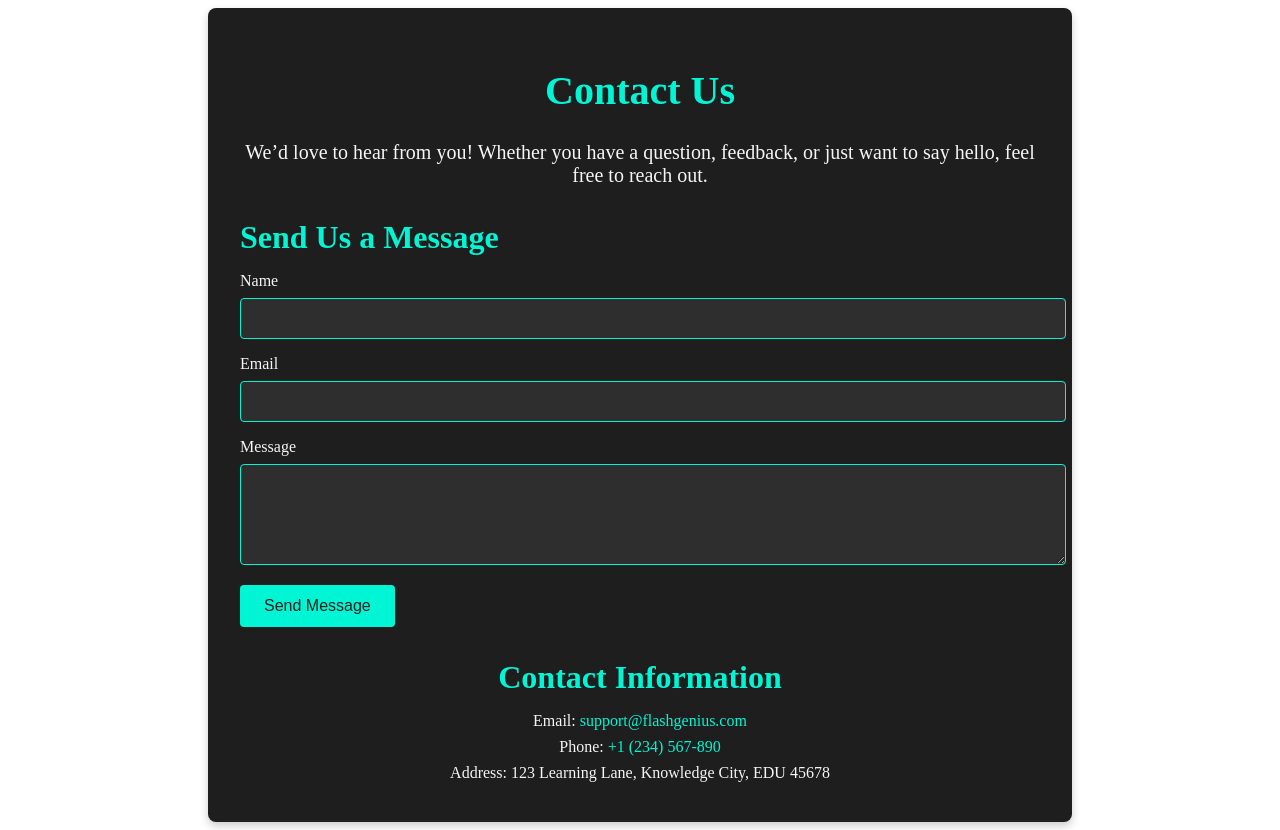
Repository: ST10356476/aiflashcards
Page: /Contact
These files come from the project's save history. The page is drawn as it stood at one moment and after the next save; the edit follows.
The browser window is 1280 px wide. The pictures show the whole page.
The page's requests for data from a server got no answer. The project was rebuilt for these pictures with package versions that can differ from the ones it lists, and the page was loaded fresh each time. Some packages were replaced by stand-ins written for this rebuild. The framework's server and built-in components were replaced by stand-ins that run in the browser. No one was signed in, and anything a server would have sent is missing. Also part of the build but not shown: next.config.mjs.

Above is the page before, as saved 2024-08-18 03:38:01.

### pages/_app.js
// pages/_app.tsx
import { ClerkProvider } from '@clerk/nextjs';
import { useRouter } from 'next/router';

function MyApp({ Component, pageProps }) {
  const router = useRouter();
  const clerkFrontendApi = process.env.NEXT_PUBLIC_CLERK_FRONTEND_API;

  return (
    <ClerkProvider
      frontendApi={clerkFrontendApi}
      navigate={(to) => router.push(to)}
    >
      <Component {...pageProps} />
    </ClerkProvider>
  );
}

export default MyApp;

### pages/Contact.tsx
import React from 'react';
import styles from '../styles/Contact.module.css'; // Ensure this path is correct

const Contact = () => {
  return (
    <div className={styles.container}>
      <h1 className={styles.title}>Contact Us</h1>
      <p className={styles.description}>
        We’d love to hear from you! Whether you have a question, feedback, or just want to say hello, feel free to reach out.
      </p>

      <div className={styles.contactForm}>
        <h2 className={styles.subtitle}>Send Us a Message</h2>
        <form
          action="https://formspree.io/f/your-form-id" // Replace with your Formspree or form handling URL
          method="POST"
        >
          <div className={styles.formGroup}>
            <label htmlFor="name" className={styles.label}>Name</label>
            <input type="text" id="name" name="name" className={styles.input} required />
          </div>
          <div className={styles.formGroup}>
            <label htmlFor="email" className={styles.label}>Email</label>
            <input type="email" id="email" name="email" className={styles.input} required />
          </div>
          <div className={styles.formGroup}>
            <label htmlFor="message" className={styles.label}>Message</label>
            <textarea id="message" name="message" className={styles.textarea} rows="5" required></textarea>
          </div>
          <button type="submit" className={styles.submitButton}>Send Message</button>
        </form>
      </div>

      <div className={styles.contactInfo}>
        <h2 className={styles.subtitle}>Contact Information</h2>
        <p className={styles.info}>Email: <a href="mailto:support@flashgenius.com" className={styles.link}>support@flashgenius.com</a></p>
        <p className={styles.info}>Phone: <a href="tel:+1234567890" className={styles.link}>+1 (234) 567-890</a></p>
        <p className={styles.info}>Address: 123 Learning Lane, Knowledge City, EDU 45678</p>
      </div>
    </div>
  );
};

export default Contact;

### styles/Contact.module.css
/* styles/Contact.module.css */
.container {
    padding: 2rem;
    max-width: 800px;
    margin: 0 auto;
    background: #1e1e1e;
    color: #f5f5f5;
    border-radius: 8px;
    box-shadow: 0 4px 8px rgba(0, 0, 0, 0.2);
  }

  .title {
    font-size: 2.5rem;
    text-align: center;
    color: #00f5d4;
  }

  .description {
    font-size: 1.25rem;
    text-align: center;
    margin-bottom: 2rem;
  }

  .contactForm {
    margin-bottom: 2rem;
  }

  .subtitle {
    font-size: 2rem;
    color: #00f5d4;
    margin-bottom: 1rem;
  }

  .formGroup {
    margin-bottom: 1rem;
  }

  .label {
    display: block;
    font-size: 1rem;
    margin-bottom: 0.5rem;
  }

  .input,
  .textarea {
    width: 100%;
    padding: 0.75rem;
    border-radius: 4px;
    border: 1px solid #00f5d4;
    background: #2e2e2e;
    color: #f5f5f5;
  }

  .textarea {
    resize: vertical;
  }

  .submitButton {
    background: #00f5d4;
    color: #1e1e1e;
    padding: 0.75rem 1.5rem;
    border: none;
    border-radius: 4px;
    font-size: 1rem;
    cursor: pointer;
    transition: background 0.3s ease;
  }

  .submitButton:hover {
    background: #00bfae;
  }

  .contactInfo {
    text-align: center;
  }

  .info {
    font-size: 1rem;
    margin: 0.5rem 0;
  }

  .link {
    color: #00f5d4;
    text-decoration: none;
  }

  .link:hover {
    text-decoration: underline;
  }

After the next save:
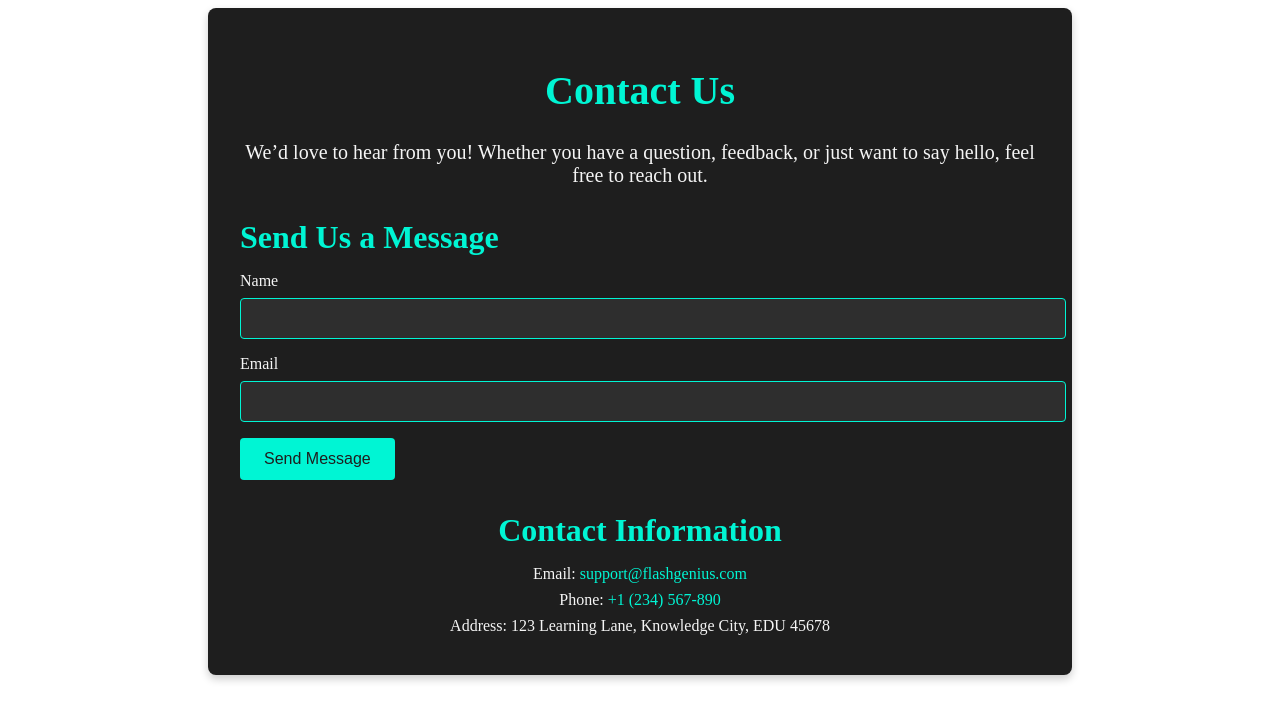
Saved 71 s later.
--- a/pages/Contact.tsx
+++ b/pages/Contact.tsx
@@ -23,10 +23,7 @@
             <label htmlFor="email" className={styles.label}>Email</label>
             <input type="email" id="email" name="email" className={styles.input} required />
           </div>
-          <div className={styles.formGroup}>
-            <label htmlFor="message" className={styles.label}>Message</label>
-            <textarea id="message" name="message" className={styles.textarea} rows="5" required></textarea>
-          </div>
+
           <button type="submit" className={styles.submitButton}>Send Message</button>
         </form>
       </div>
